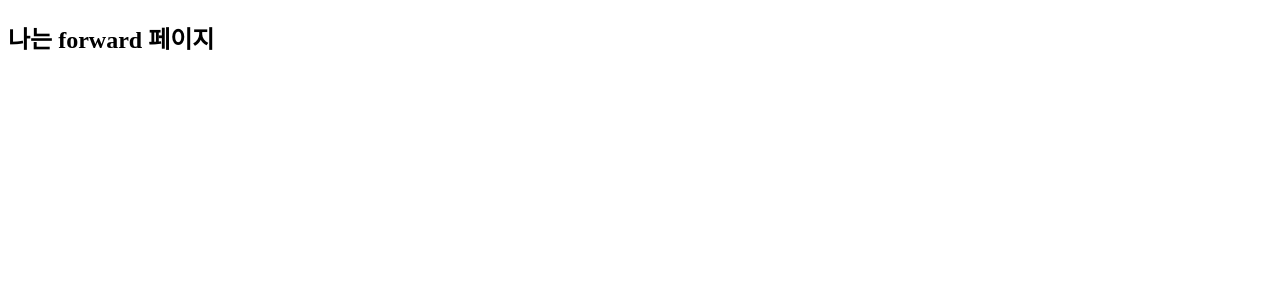
Repository: kkw3202/Jsp2026
Page: http://localhost/chapter01/Request/RequestForward.jsp
An editor plug-in stored every save of this project. The page is shown before and after the next save, followed by the edit.
The browser window is 1280 px wide. The pictures show the whole page.
The page is served by Tomcat 9.

Above is the page before, as saved 2026-10-19 06:16:13.

After the next save:
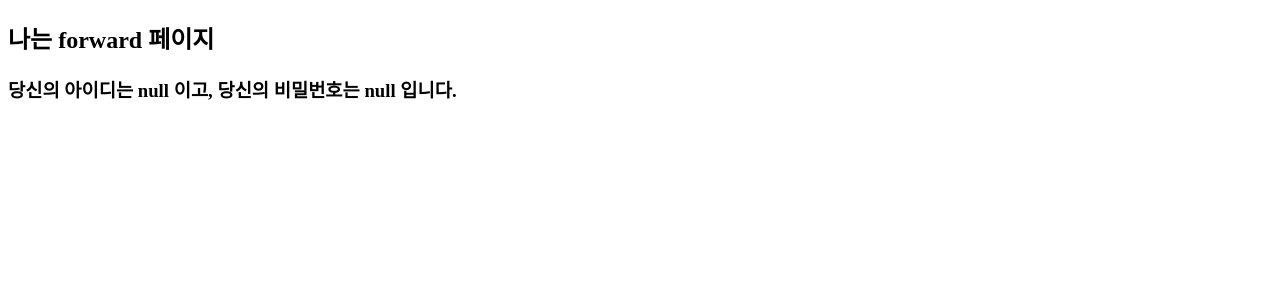
Saved 22 s later.
--- a/chapter01/src/main/webapp/Request/RequestForward.jsp
+++ b/chapter01/src/main/webapp/Request/RequestForward.jsp
@@ -8,5 +8,18 @@
 </head>
 <body>
 	<h2>나는 forward 페이지</h2>
+	<%
+	 	// post 방식으로 정보를 전달 할 떄 한글의 깨짐현상 방지 코드(자바 코드이므로 스크립트릿 이용해야함!)
+	 	request.setCharacterEncoding("UTF-8");
+
+	 	// request 내장객체의 getParameter("name") 메소드를 이용하여 from 에 입력된 정보를 꺼내 올 수 있다.
+	 	// 단, request.getParamater("name")에서 반환되는 데이터 타입은 String 이다.
+
+
+	 	String id = request.getParameter("id");
+	 	// => name 값이 "id" 인 input의 정보를 getParameter 로 꺼내와서 변수 id에 저장
+	 	String pass = request.getParameter("pass");
+	 %>
+	 <h3>당신의 아이디는 <%= id %> 이고, 당신의 비밀번호는 <%= pass %> 입니다.</h3>
 </body>
 </html>
